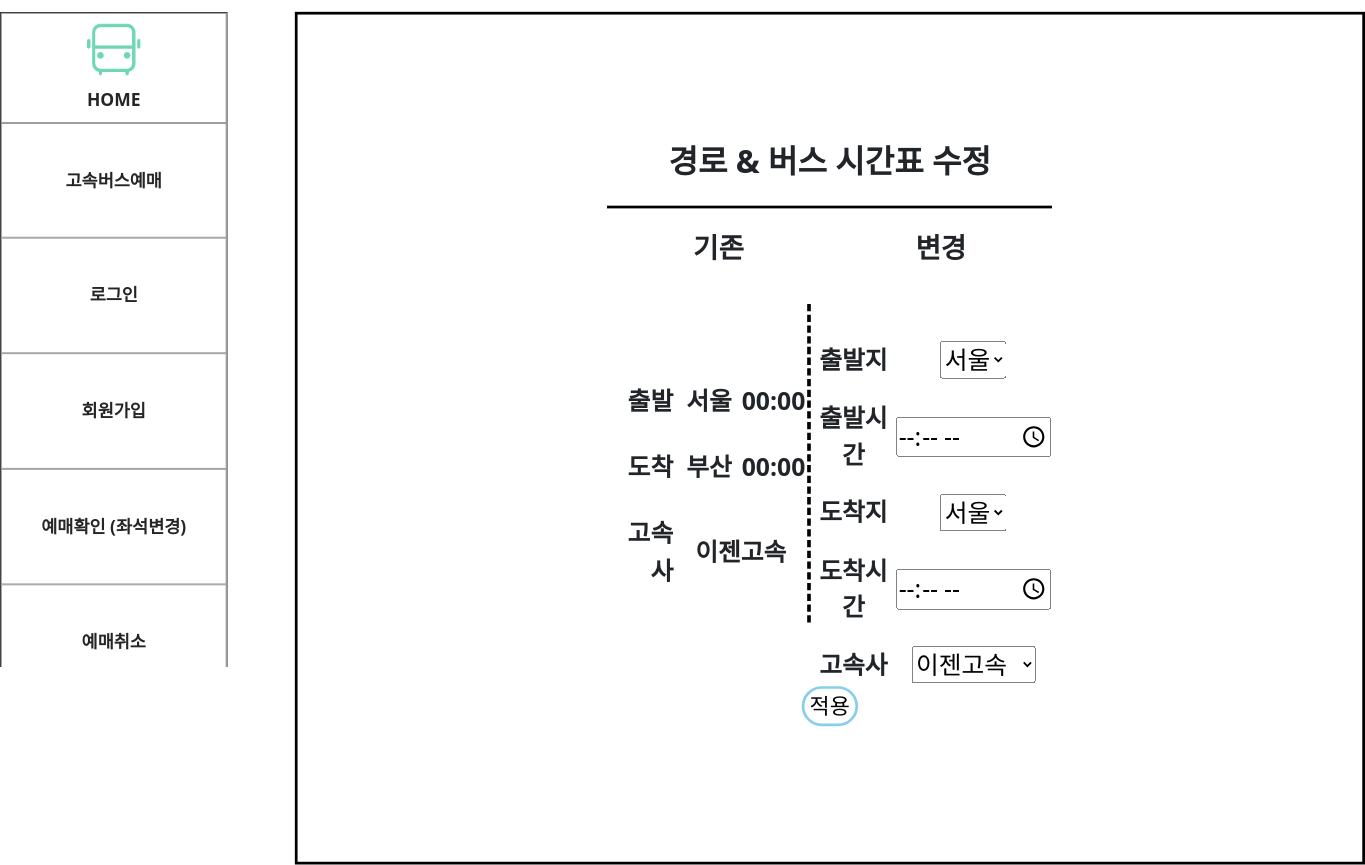
Repository: rudqhd79/spring_personal
Page: http://localhost/edit/edit_input
An editor plug-in stored every save of this project. The page is shown before and after the next save, followed by the edit.
The browser window is 1280 px wide. The page is 1500 px wide, so the pictures cover 1500 px, including what lies to the right of the window. The pictures show the whole page, at 91% of full size.
The page is this project's Thymeleaf template; nobody is signed in. The template is opened directly, without the code that normally fills it, so the values that code supplies are empty.

Above is the page before, as saved 2023-02-05 13:26:01.

After the next save:
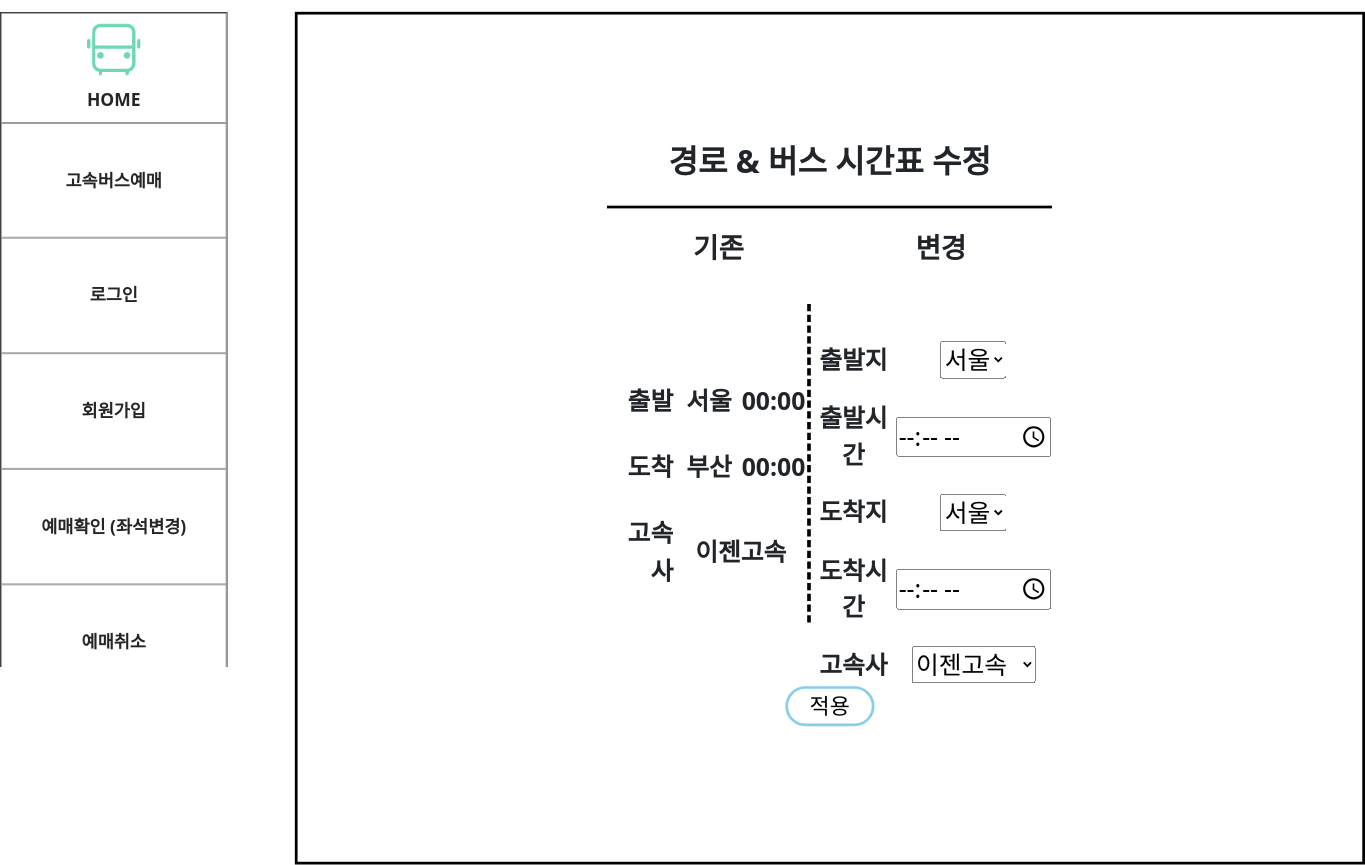
Saved 19 s later.
--- a/bus-reservation/src/main/resources/templates/edit/edit_input.html
+++ b/bus-reservation/src/main/resources/templates/edit/edit_input.html
@@ -115,7 +115,7 @@
 						</div>
 					</div>
 					<div class="edit_input_button" style="text-align: center; font-size: 1.5em;">
-						<input type="submit" value="적용" style="border-radius: 30px; background: white; border:3px solid skyblue" />
+						<input type="submit" value="적용" style="border-radius: 30px; background: white; border:3px solid skyblue; width: 20%" />
 					</div>
 				</div>
 			</div>
